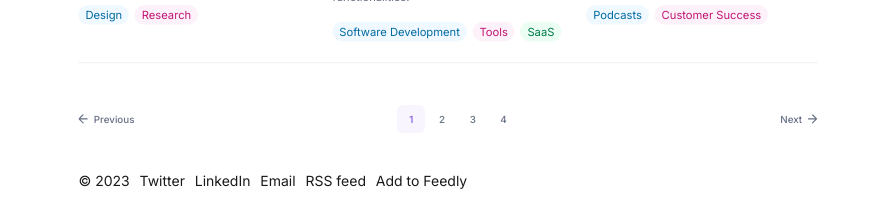
Repository: RawanBarakat-hub/task-6-adv
Page: /
These files come from the project's save history. The page is drawn as it stood at one moment and after the next save; the edit follows.
The browser window is 1280 px wide. The pictures show the part of the page from y = 2553 to 4473 px (the page is 2857 px tall before and 5624 px after), at 70% of full size.
The project was rebuilt for these pictures with package versions that can differ from the ones it lists, and the page was loaded fresh each time. Also part of the build but not shown: vite.config.ts, src/components/CardDetailed/CardDetailed.tsx, src/components/SectionBlogDetails/SectionBlogDetails.tsx, src/components/NewsLetterForm/NewsLetterForm.tsx, src/pages/Blog.tsx, src/components/SectionNews/SectionNews.tsx, src/components/MainNews/MainNews.tsx, src/pages/NewsLetter.tsx.

Above is the page before, as saved 2026-02-25 03:29:56.

After the next save:
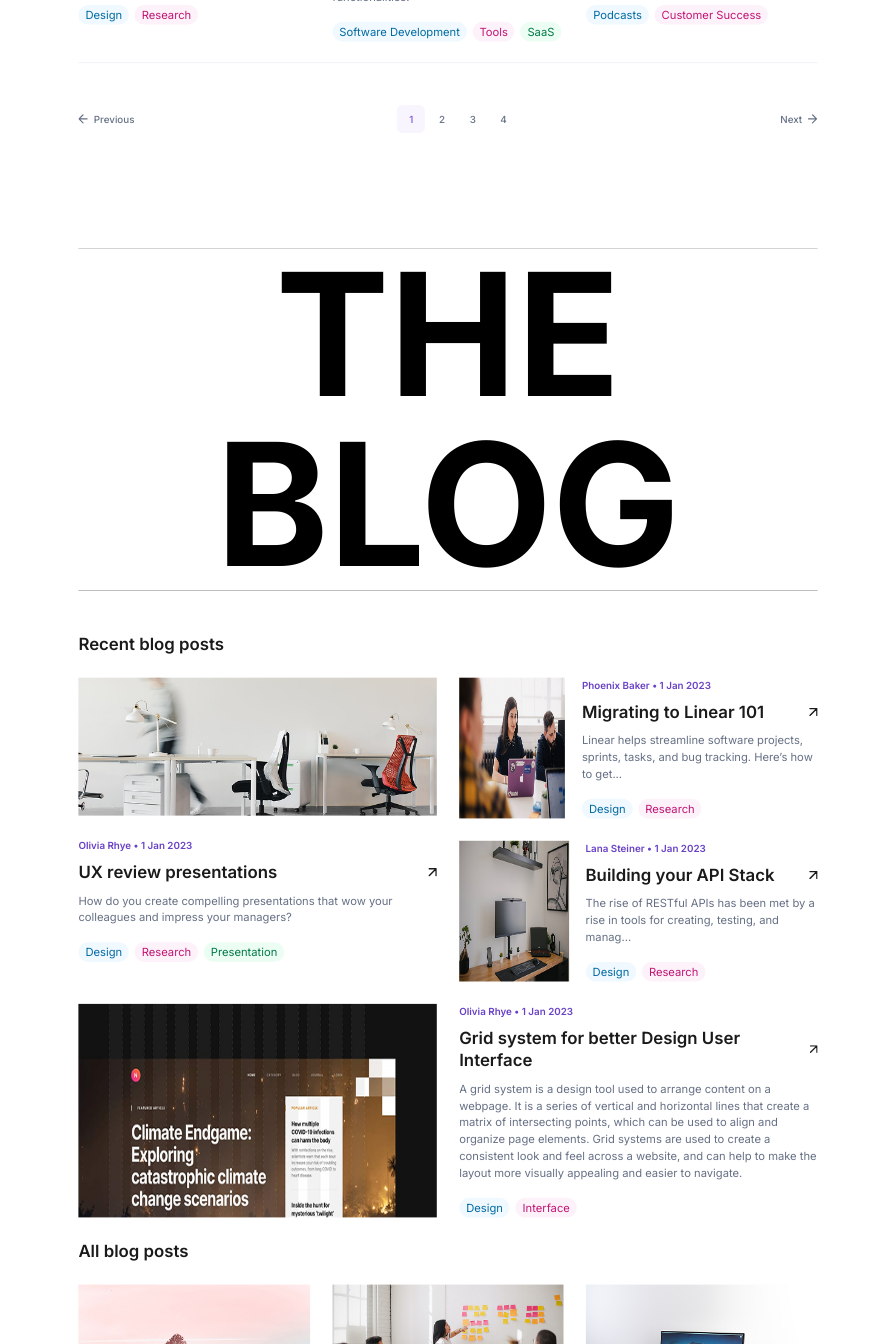
Saved 2 min 10 s later.
--- a/src/pages/Root.tsx
+++ b/src/pages/Root.tsx
@@ -39,19 +39,19 @@
         >
 
             {/* 🔥 Loader */}
-            <AnimatePresence>
-                {showLoader && (
-                    <motion.div
-                        initial={{ opacity: 0 }}
-                        animate={{ opacity: 1 }}
-                        exit={{ opacity: 0 }}
-                        transition={{ duration: 0.2 }}
-                        className="fixed inset-0 z-50"
-                    >
-                        <Loader />
-                    </motion.div>
-                    )}
-            </AnimatePresence>
+            <AnimatePresence mode="wait">
+    {!showLoader && (
+        <motion.div
+            key={location.pathname}
+            initial={{ opacity: 0, y: 20 }}
+            animate={{ opacity: 1, y: 0 }}
+            exit={{ opacity: 0, y: -20 }}
+            transition={{ duration: 0.4, ease: "easeInOut" }}
+        >
+            <Outlet />
+        </motion.div>
+    )}
+</AnimatePresence>
 
             <NavBar
                 name="Your name"

After the save that followed:
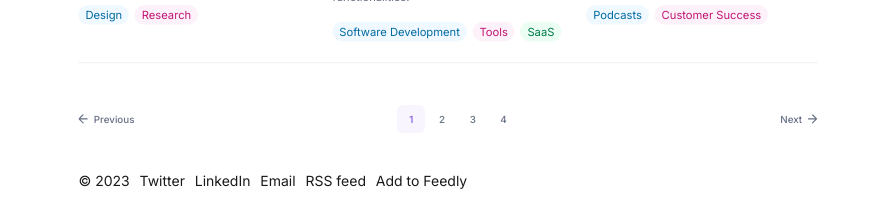
Saved 51 s later.
--- a/src/pages/Root.tsx
+++ b/src/pages/Root.tsx
@@ -39,19 +39,19 @@
         >
 
             {/* 🔥 Loader */}
-            <AnimatePresence mode="wait">
-    {!showLoader && (
-        <motion.div
-            key={location.pathname}
-            initial={{ opacity: 0, y: 20 }}
-            animate={{ opacity: 1, y: 0 }}
-            exit={{ opacity: 0, y: -20 }}
-            transition={{ duration: 0.4, ease: "easeInOut" }}
-        >
-            <Outlet />
-        </motion.div>
-    )}
-</AnimatePresence>
+            <AnimatePresence>
+                {showLoader && (
+                    <motion.div
+                        initial={{ opacity: 0 }}
+                        animate={{ opacity: 1 }}
+                        exit={{ opacity: 0 }}
+                        transition={{ duration: 0.2 }}
+                        className="fixed inset-0 z-50"
+                    >
+                        <Loader />
+                    </motion.div>
+                    )}
+            </AnimatePresence>
 
             <NavBar
                 name="Your name"
